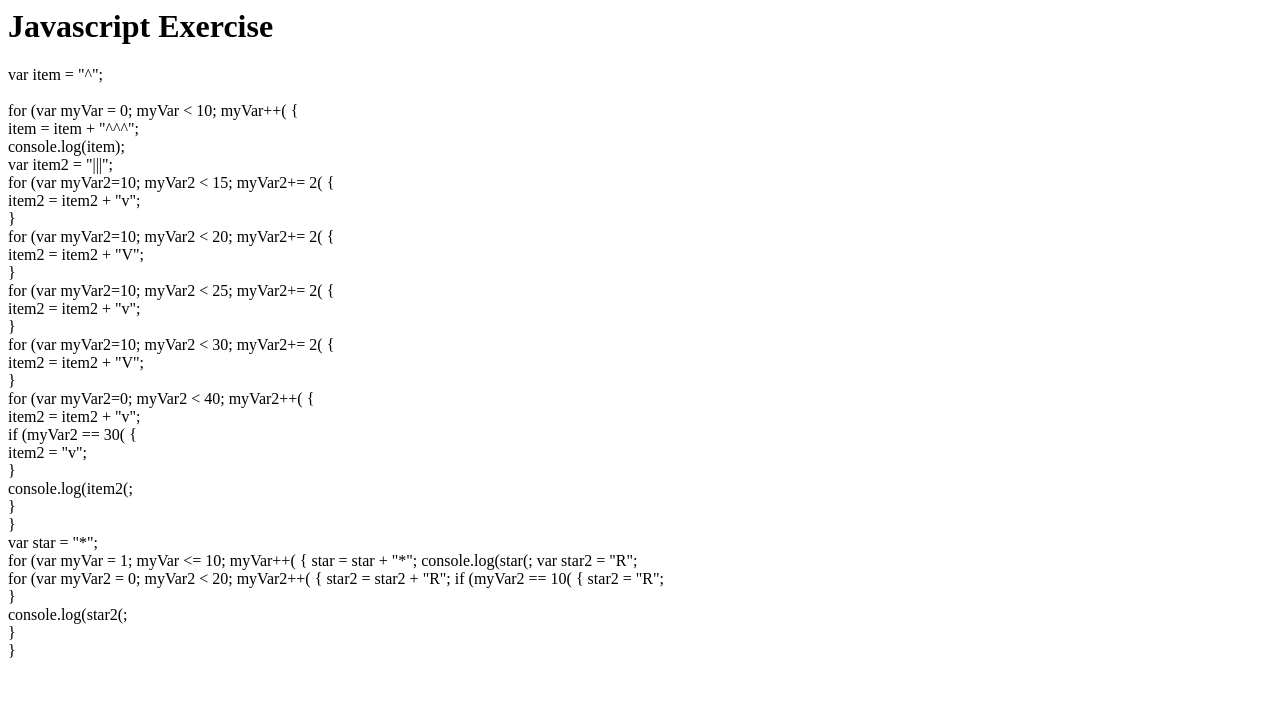
Repository: cbickhar/cbickhar.github.io
Page: project_3_js/index.html
The author's editor kept a record of every edit. The page is drawn from the files as they stood at one moment, then again after the next edit.
The browser window is 1280 px wide. The pictures show the whole page.

Above is the page before.

### project_3_js/index.html
<html>
<script type="text/javascript" src="project_3_js/myscript.js"></script>
    <head>
        <title>Javascript Pattern</title>
    </head>
    <body>

<h1>Javascript Exercise</h1>

var item &equals; "^";
<br><br>
for &lpar;var myVar &equals; 0; myVar &lt; 10; myVar++&lpar; {
  <br>
  item &equals; item + "^^^";
  <br>console.log(item);
  <br>var item2 &equals; "|||";
  <br>
    for &lpar;var myVar2&equals;10; myVar2 &lt; 15; myVar2+&equals; 2&lpar; {
    <br>            item2 &equals; item2 + "v";
    <br>}
    <br>
    for &lpar;var myVar2&equals;10; myVar2 &lt; 20; myVar2+&equals; 2&lpar; {
    <br>            item2 &equals; item2 + "V";
    <br>}
    <br>
    for &lpar;var myVar2=10; myVar2 &lt; 25; myVar2+&equals; 2&lpar; {
    <br>            item2 &equals; item2 + "v";
    <br>}
    <br>
    for &lpar;var myVar2&equals;10; myVar2 &lt; 30; myVar2+&equals; 2&lpar; {
    <br>            item2 &equals; item2 + "V";
    <br>}
  <br>
    for &lpar;var myVar2&equals;0; myVar2 &lt; 40; myVar2++&lpar; {
    <br>            item2 &equals; item2 + "v";
    <br>if &lpar;myVar2 &equals;&equals; 30&lpar; {
     <br> item2 &equals; "v";

    <br>}


    <br>console.log&lpar;item2&lpar;;
  <br>}
<br>}

   <br>

var star &equals; "*";
<br>
for &lpar;var myVar &equals; 1; myVar &lt;= 10; myVar++&lpar; {
  star &equals; star + "*";
  console.log&lpar;star&lpar;;
  var star2 &equals; "R";

  <br>

  for &lpar;var myVar2 &equals; 0; myVar2 &lt; 20; myVar2++&lpar; {
    star2 &equals; star2 + "R";
    if &lpar;myVar2 &equals;&equals; 10&lpar; {
      star2 &equals; "R";
    <br>}
    <br>console.log&lpar;star2&lpar;;
  <br>}
<br>}
    </body>
</html>

### project_3_js/myscript.js
var item = "^";

for (var myVar = 0; myVar < 10; myVar++) {
  item = item + "^^^";
  console.log(item);
  var item2 = "|||";

    for (var myVar2=10; myVar2 < 15; myVar2+= 2) {
                item2 = item2 + "v";
    }

    for (var myVar2=10; myVar2 < 20; myVar2+= 2) {
                item2 = item2 + "V";
    }

    for (var myVar2=10; myVar2 < 25; myVar2+= 2) {
                item2 = item2 + "v";
    }

    for (var myVar2=10; myVar2 < 30; myVar2+= 2) {
                item2 = item2 + "V";
    }

    for (var myVar2=0; myVar2 < 40; myVar2++) {
                item2 = item2 + "v";
    if (myVar2 == 30) {
      item2 = "v";

    }


    console.log(item2);
  }
}






var star = "*";

for (var myVar = 1; myVar <= 10; myVar++) {
  star = star + "*";
  console.log(star);
  var star2 = "R";

  for (var myVar2 = 0; myVar2 < 20; myVar2++) {
    star2 = star2 + "R";
    if (myVar2 == 10) {
      star2 = "R";
    }
    console.log(star2);
  }
}

After the next edit:
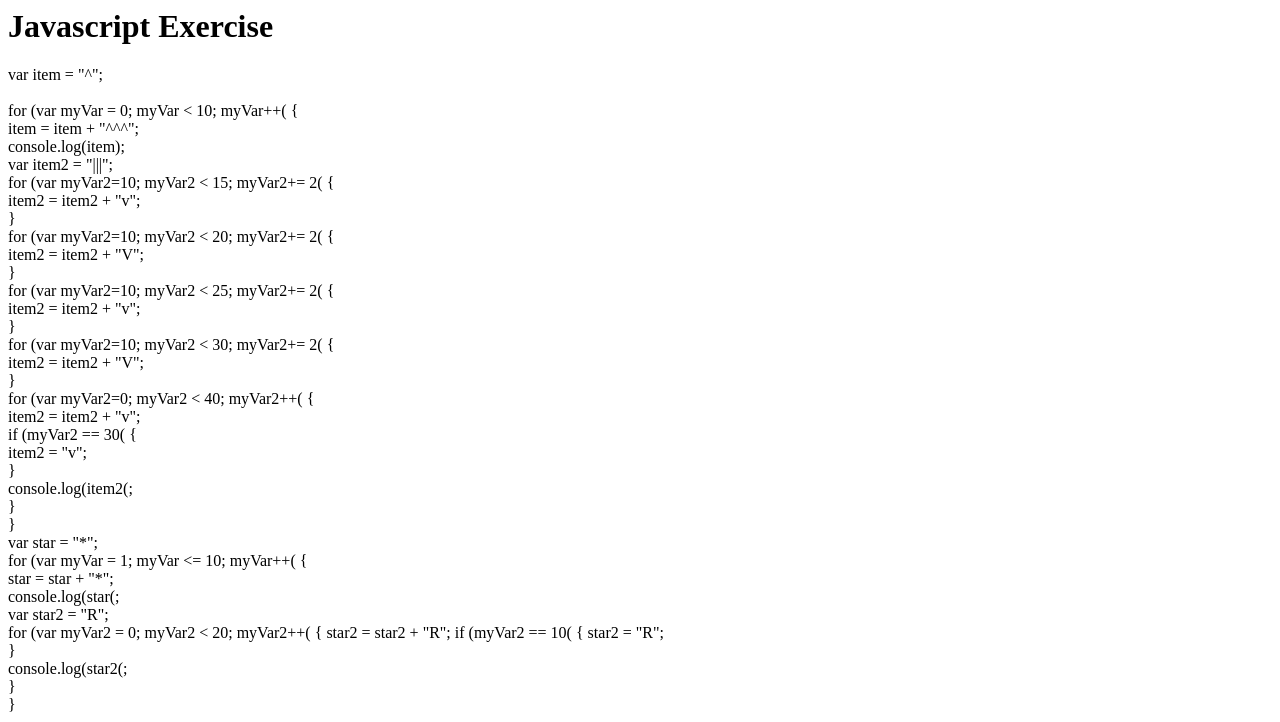
The edit:
--- a/project_3_js/index.html
+++ b/project_3_js/index.html
@@ -48,9 +48,9 @@
 var star &equals; "*";
 <br>
 for &lpar;var myVar &equals; 1; myVar &lt;= 10; myVar++&lpar; {
-  star &equals; star + "*";
-  console.log&lpar;star&lpar;;
-  var star2 &equals; "R";
+  <br>star &equals; star + "*";
+  <br>console.log&lpar;star&lpar;;
+  <br>var star2 &equals; "R";
 
   <br>
 
